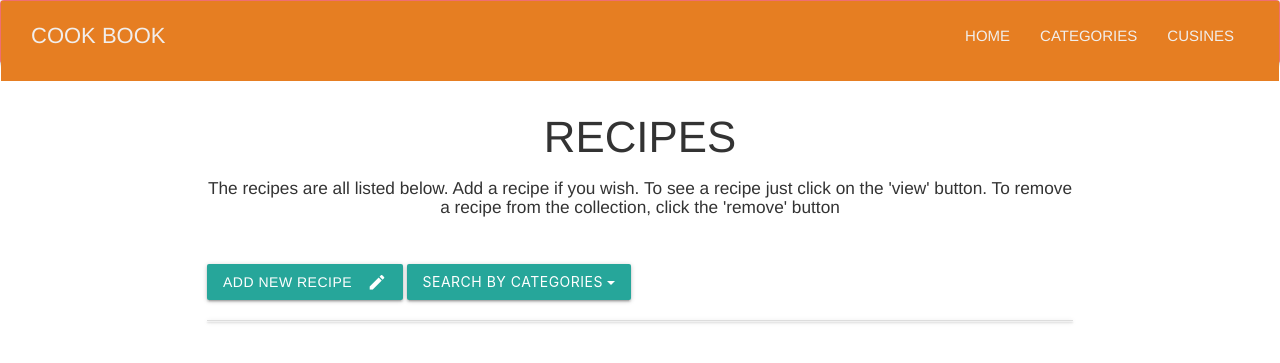
Repository: atena123/COOK-BOOK
Page: http://localhost/
The author's editor kept a record of every edit. The page is drawn from the files as they stood at one moment, then again after the next edit.
The browser window is 1280 px wide. The pictures show the whole page.
Some web libraries are served in a nearby version. The page is served by the project's application, run on Flask 3 (app.py). Queries for data that is not in the repository find no rows.

Above is the page before.

### templates/recipes.html
{% extends 'base.html' %}

    {% block content %}

    <h3>RECIPES</h3>

    <h6>The recipes are all listed below. Add a recipe if you wish. To see a recipe just click on the 'view' button. To remove
    a recipe from the collection, click the 'remove' button</h6>

    <!--Add New Recipe Button-->
    <div class="row">
      <a href="{{url_for('add_recipe')}}" class="waves-effect waves-light btn"><i class="material-icons right add-new-recipe-button">edit</i>ADD NEW RECIPE</a>
    <!--/.Add New Recipe Button-->

    <!--Search By Category Button-->
        <div class="btn-group">
          <button type="button" class="btn btn-default dropdown-toggle" data-toggle="dropdown" aria-haspopup="true" aria-expanded="false">
          Search By Categories <span class="caret"></span>
          </button>
          <ul class="dropdown-menu">
            {% for category in categories %}
            <li><a href="">{{category.category_name}}</a></li>
            {% endfor %}
          </ul>
        </div>
    </div>
    <!--/.Search By Category Button-->

    <!--List Of Recipes-->
    <ul class="collapsible" data-collapsible="accordion">
      {% for recipe in recipes %}
      <li>
        <div class="collapsible-header">
          <div class="col-md-12">
          <strong>{{recipe.recipe_name}}</strong> - {{recipe.category_name}}
        </div>

        <!--View Button-->
          <div class="col-md-12 col-xs-12 small-buttons">
          <a href="{{url_for('view_recipe', recipe_id=recipe._id)}}" class="waves-effect waves-light btn button view-button">VIEW</a>
          </div>
        <!--/.View Button-->
      </li>
      {% endfor %}
    </ul>
    <!--/.List Of Recipes-->

    {% endblock %}

### templates/base.html
<!DOCTYPE html>
<html>
    <head>
        <meta charset="utf-8">
        <meta http-equiv="X-UA-Compatible" content="IE=edge">
        <meta name="viewport" content="width=device-width, initial-scale=1">
        <link rel="stylesheet" href="https://maxcdn.bootstrapcdn.com/bootstrap/3.3.7/css/bootstrap.min.css" type="text/css" />
        <link href="https://fonts.googleapis.com/icon?family=Material+Icons" rel="stylesheet">
        <link rel="stylesheet" href="https://cdnjs.cloudflare.com/ajax/libs/materialize/1.0.0/css/materialize.min.css">
        <link rel="stylesheet" href="{{url_for('static', filename='css/style.css')}}" type="text/css" />
        <title>COOK BOOK</title>
    </head>
    <body>
        <!--Navbar-->
        <nav class="navbar">
            <div class="container-fluid navbar-container navbar-default bg-color-navbar">
                <div class="row">
                    <div class="col-xs-12">
                        <div class="navbar-header">
                            <button type="button" class="navbar-toggle collapsed" data-toggle="collapse" data-target="#bs-example-navbar-collapse-1" aria-expanded="false">
                                <span class="sr-only">Toggle navigation</span>
                                <span class="icon-bar"></span>
                                <span class="icon-bar"></span>
                                <span class="icon-bar"></span>
                            </button>
                            <a class="navbar-brand" href="{{url_for('find_recipes')}}">COOK BOOK</a>
                        </div>
                        <div class="collapse navbar-collapse" id="bs-example-navbar-collapse-1">
                            <ul class="nav navbar-nav navbar-right">
                                <li><a href="{{url_for('find_recipes')}}">HOME</a></li>
                                <li><a href="{{url_for('find_categories')}}">CATEGORIES</a></li>
                                <li><a href="{{url_for('find_cusines')}}">CUSINES</a></li>
                            </ul>
                        </div>
                    </div>
                </div>
            </div>
        </nav>
        <!--/.Navbar-->
        <div class="container">
        {% block content %}

        {% endblock %}
        </div>
        <script src="https://code.jquery.com/jquery-3.3.1.min.js" integrity="sha256-FgpCb/KJQlLNfOu91ta32o/NMZxltwRo8QtmkMRdAu8=" crossorigin="anonymous"></script>
        <script src="https://maxcdn.bootstrapcdn.com/bootstrap/3.3.7/js/bootstrap.min.js" integrity="sha384-Tc5IQib027qvyjSMfHjOMaLkfuWVxZxUPnCJA7l2mCWNIpG9mGCD8wGNIcPD7Txa" crossorigin="anonymous"></script>
        <script src="https://cdnjs.cloudflare.com/ajax/libs/jquery/3.2.1/jquery.min.js"></script>
        <script src="https://cdnjs.cloudflare.com/ajax/libs/materialize/1.0.0/js/materialize.min.js"></script>
        <script type="text/javascript">
        $(document).ready(function(){
        $('.collapsible').collapsible();
        $('select').formSelect();
        });
        </script>

    </body>
</html>

### app.py
import os
from flask import Flask, render_template, redirect, request, url_for, session
from flask_pymongo import PyMongo
from bson.objectid import ObjectId

app = Flask(__name__)
app.secret_key = "cookbook321"

app.config["MONGO_DBNAME"] ='cook_book'
app.config["MONGO_URI"] = 'mongodb+srv://AnetA:AnetA2@myfirstcluster-sfmlq.mongodb.net/cook_book?retryWrites=true&w=majority'

mongo = PyMongo(app)





#-------------RECIPES-------------

@app.route('/')
@app.route('/find_recipes')
def find_recipes():
        """Find Recipe Page"""
        return render_template("recipes.html", recipes=mongo.db.recipes.find(), categories=mongo.db.categories.find())


@app.route('/add_recipe')
def add_recipe():
        """Add Recipe Page"""
        all_categories = mongo.db.categories.find()
        all_cusines = mongo.db.cusines.find()
        return render_template('add_recipe.html', categories=all_categories, cusines=all_cusines)


@app.route('/insert_recipe', methods=['POST'])
def insert_recipe():
        """Enable To Add Recipe And Redirect To Recipe Page"""
        recipes=mongo.db.recipes
        recipes.insert_one(request.form.to_dict())
        return redirect(url_for('find_recipes'))


@app.route('/view_recipe/<recipe_id>')
def view_recipe(recipe_id):
        """Enable To View Particular Recipe"""
        my_recipe =  mongo.db.recipes.find_one({"_id": ObjectId(recipe_id)})
        return render_template('view_recipe.html', recipe=my_recipe)


@app.route('/edit_recipe/<recipe_id>')
def edit_recipe(recipe_id):
        """Enable To Edit Particular Recipe"""
        this_recipe = mongo.db.recipes.find_one({"_id": ObjectId(recipe_id)})
        all_categories = mongo.db.categories.find()
        all_cusines = mongo.db.cusines.find()
        return render_template('edit_recipe.html', recipe=this_recipe,
                            categories=all_categories, cusines=all_cusines)


@app.route('/update_recipe/<recipe_id>', methods= ['POST'])
def update_recipe(recipe_id):
        """Enable To Update Recipe And Redirect To Recipe Page"""
        recipes=mongo.db.recipes
        recipes.update({"_id": ObjectId(recipe_id)},

        {
        'category_name': request.form.get('category_name'),
        'recipe_name': request.form.get('recipe_name'),
        'recipe_ingredients': request.form.get('recipe_ingredients'),
        'recipe_method': request.form.get('recipe_method'),
        'recipe_description': request.form.get('recipe_description'),
        'preparation_time': request.form.get('preparation_time'),
        'recipe_servings': request.form.get('recipe_servings'),
        'cusine_name': request.form.get('cusine_name'),
        'cooking_time': request.form.get('cooking_time')
        })

        return redirect(url_for('find_recipes'))


@app.route('/delete_recipe/<recipe_id>')
def delete_recipe(recipe_id):
        """Enable To Delete Particular Recipe"""
        mongo.db.recipes.remove({'_id': ObjectId(recipe_id)})
        return redirect(url_for('find_recipes'))










#-------CATEGORIES--------

@app.route('/find_categories')
def find_categories():
        """Find Categories Page"""
        return render_template('categories.html', categories=mongo.db.categories.find())


@app.route('/new_category')
def new_category():
        """Add Category Page"""
        return render_template('add_category.html')


@app.route('/add_category', methods=['POST'])
def add_category():
        """Enable To Add Category And Redirect To Categories Page"""
        my_category = {'category_name': request.form.get('category_name')}
        mongo.db.categories.insert_one(my_category)
        return redirect(url_for('find_categories'))


@app.route('/edit_category/<category_id>')
def edit_category(category_id):
        """Edit Category Page"""
        return render_template('edit_category.html', category=mongo.db.categories.find_one({'_id': ObjectId(category_id)}))


@app.route('/update_category/<category_id>', methods=['POST'])
def update_category(category_id):
        """Enable To Update Category And Redirect To Cateories Page"""
        mongo.db.categories.update({'_id': ObjectId(category_id)}, {'category_name': request.form.get('category_name')})
        return redirect(url_for('find_categories'))


@app.route('/delete_category/<category_id>')
def delete_category(category_id):
        """Enable To Delete Category"""
        mongo.db.categories.remove({'_id': ObjectId(category_id)})
        return redirect(url_for('find_categories'))








#-------Cusines---------

@app.route('/find_cusines')
def find_cusines():
        """Cusines Page"""
        return render_template('cusines.html', cusines=mongo.db.cusines.find())


@app.route('/edit_cusine/<cusine_id>')
def edit_cusine(cusine_id):
        """Enable Edit Cusine Page"""
        return render_template('edit_cusine.html', cusine=mongo.db.cusines.find_one({'_id': ObjectId(cusine_id)}))


@app.route('/add_cusine')
def add_cusine():
        """Add Cusine Page"""
        return render_template('add_cusine.html')


@app.route('/new_cusine', methods=['POST'])
def new_cusine():
        """Enable To Add New Cusine And Redirect To Cusines Page"""
        my_cusine = {'cusine_name': request.form.get('cusine_name')}
        mongo.db.cusines.insert_one(my_cusine)
        return redirect(url_for('find_cusines'))


@app.route('/update_cusine/<cusine_id>', methods=['POST'])
def update_cusine(cusine_id):
        """Enable To Update Cusine And Redirect To Cusines Page"""
        mongo.db.cusines.update({'_id': ObjectId(cusine_id)}, {'cusine_name': request.form.get('cusine_name')})
        return redirect(url_for('find_cusines'))


@app.route('/delete_cusine/<cusine_id>')
def delete_cusine(cusine_id):
        """Enable To Delete Cusine And Redirect To Cusines Page"""
        mongo.db.cusines.remove({'_id': ObjectId(cusine_id)})
        return redirect(url_for('find_cusines'))



if __name__ == '__main__':
        app.run(host=os.environ.get('IP'),
        port=int(os.environ.get('PORT')),
        debug=True)

### static/css/style.css
* {
    margin: 0;
    padding: 0;
}


h3, h6 {
    text-align: center;
}

h6 {
    padding-bottom: 40px;
}

h1 {
    text-align: center;
    margin-top: 200px;
}

.login-form {
    text-align: center;
    padding-top: 20px;
}

/*------------------------View Page-----------------------*/

.heading {
    text-align: center;
}

.large-heading {
    font-size: 20px;
    padding-top: 20px;
}

.small-headings {
    padding-top: 40px;
}

.small-headings p {
    color: #E67E22;
    font-weight: bold;
}

/*-------------------------Small Buttons--------------------*/

.button {
    height: 24px;
    width: 80px;
    line-height: 24px;
    margin: 6px 6px;
    padding: 0 0.5em;

}

.small-buttons {
    text-align: right;
}

.view-button, .edit-button {
    background-color: #5DADE2;
}

.view-button:hover, .edit-button:hover {
    background-color: #2E86C1;
    color: white;
}

.remove-button {
    background-color: #EC7063;
}

.remove-button:hover {
    background-color: #CB4335;
    color: white;
}




/*-------------------------Big Buttons---------------*/


.add_recipe_button,
.update_recipe_button {
    text-align: center;
}

.edit_recipe_button {
    text-align: center;
    padding-top: 35px;
}



/*-------------------------Navbar-------------------------*/

.bg-color-navbar {
    background-color: #E67E22;
}

.navbar-default .navbar-brand {
    color: #F1EEEC;
    padding-top: 25px;
    font-size: 22px;
    transition: color 0.7s ease-in-out;
    -o-transition: color 0.7s ease-in-out;
    -moz-transition: color 0.7s ease-in-out;
    -webkit-transition: color 0.7s ease-in-out;
}


.navbar-default .navbar-brand:hover {
    color: #3B3B3A;
}


.navbar-default .navbar-nav>li>a {
    color: #F1EEEC;
    padding-top: 25px;
    transition: color 0.5s ease-in-out;
    -o-transition: color 0.5s ease-in-out;
    -moz-transition: color 0.5s ease-in-out;
    -webkit-transition: color 0.5s ease-in-out;

 }


.navbar-default .navbar-nav>li>a:hover {
    color: #3B3B3A;
}

After the next edit:
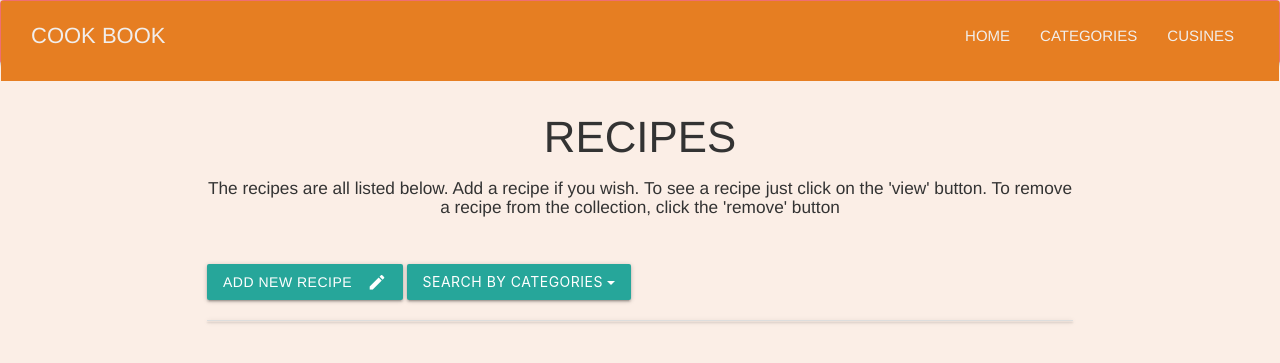
The edit:
--- a/static/css/style.css
+++ b/static/css/style.css
@@ -1,6 +1,10 @@
 * {
     margin: 0;
     padding: 0;
+}
+
+body {
+    background-color: #FBEEE6;
 }
 
 
